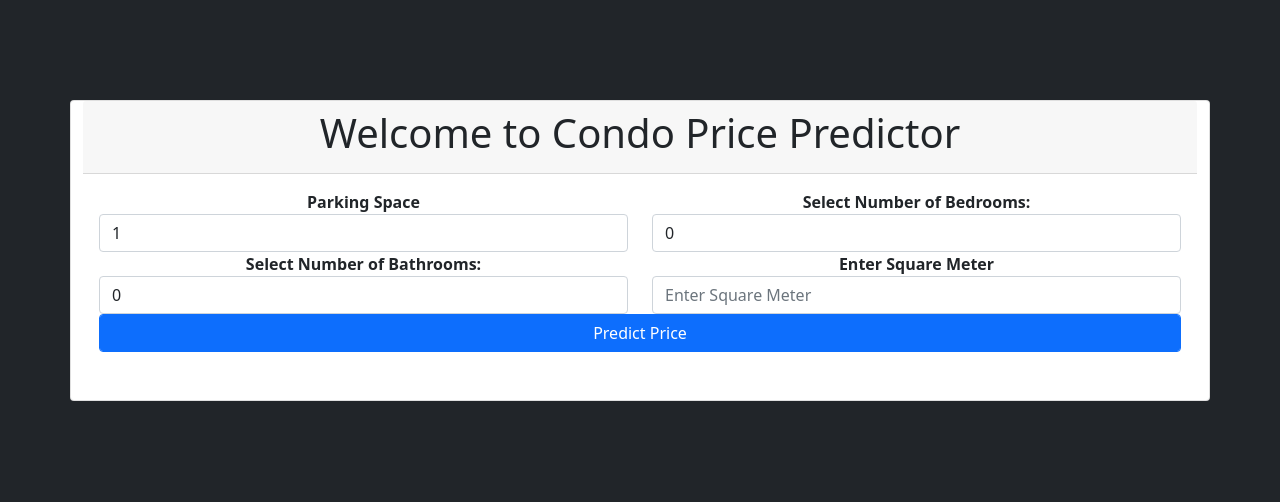
Repository: myothida/condoprice_CNX
Page: http://localhost/
The author's editor kept a copy of each file at every save. The page is drawn from the files as they stood at one save, then again after the next save.
The browser window is 1280 px wide. The pictures show the whole page.
The page is served by the project's application, run on Flask 3 (main.py).

Above is the page before, as saved 2023-09-29 02:19:46.

After the next save:
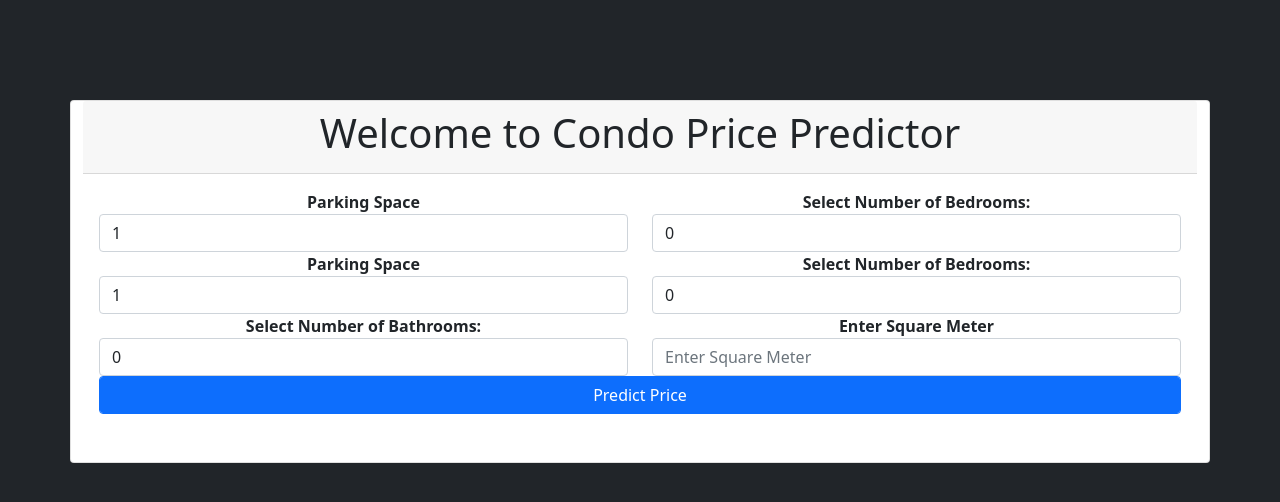
Saved 30 s later.
--- a/templates/index.html
+++ b/templates/index.html
@@ -25,6 +25,33 @@
           <div class="card-body">
             <form method="post" accept-charset="utf-8">
               <div class="row">
+                <div class="col-md-6 form-group" style="text-align: center">
+                  <label><b>Parking Space</b></label>
+                  <select
+                    class="select-picker form-control"
+                    id="parking"
+                    name="parking"
+                    required="required"
+                  >
+                    <option>1</option>
+                    <option>2</option>
+                    <option>3</option>
+                  </select>
+                </div>
+                <div class="col-md-6 form-group" style="text-align: center">
+                  <label><b>Select Number of Bedrooms:</b></label>
+                  <select
+                    class="select-picker form-control"
+                    id="bedroom"
+                    name="bedroom"
+                  >
+                    <option>0</option>
+                    <option>1</option>
+                    <option>2</option>
+                    <option>3</option>
+                  </select>
+                </div>
+
                 <div class="col-md-6 form-group" style="text-align: center">
                   <label><b>Parking Space</b></label>
                   <select
